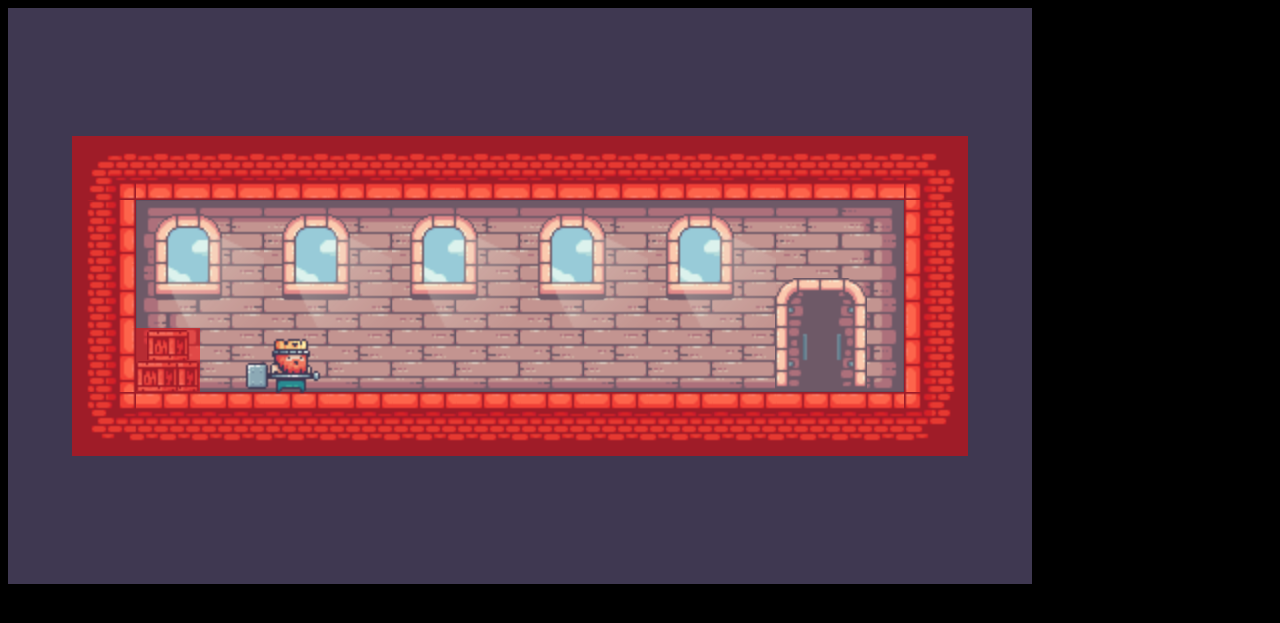
Repository: kassemKu/vanilla_kings_and_pigs
Page: index.html
An editor plug-in stored every save of this project. The page is shown before and after the next save, followed by the edit.
The browser window is 1280 px wide. The pictures show the whole page.

Above is the page before, as saved 2022-11-12 21:19:11.

After the next save:
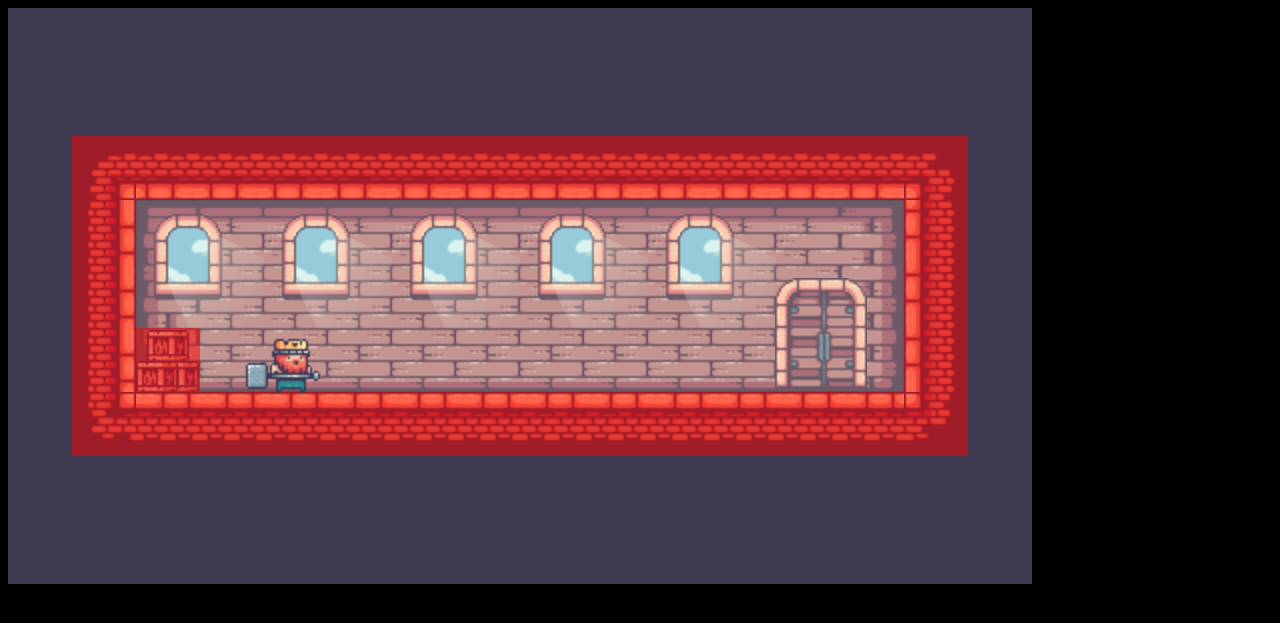
Saved 39 s later.
--- a/js/classes/Sprite.js
+++ b/js/classes/Sprite.js
@@ -60,6 +60,8 @@ class Sprite {
   }
 
   updateFrames() {
+    if (!this.autoplay) return
+
     this.elapsedFrames++;
 
     if (this.elapsedFrames % this.frameBuffer === 0) {
